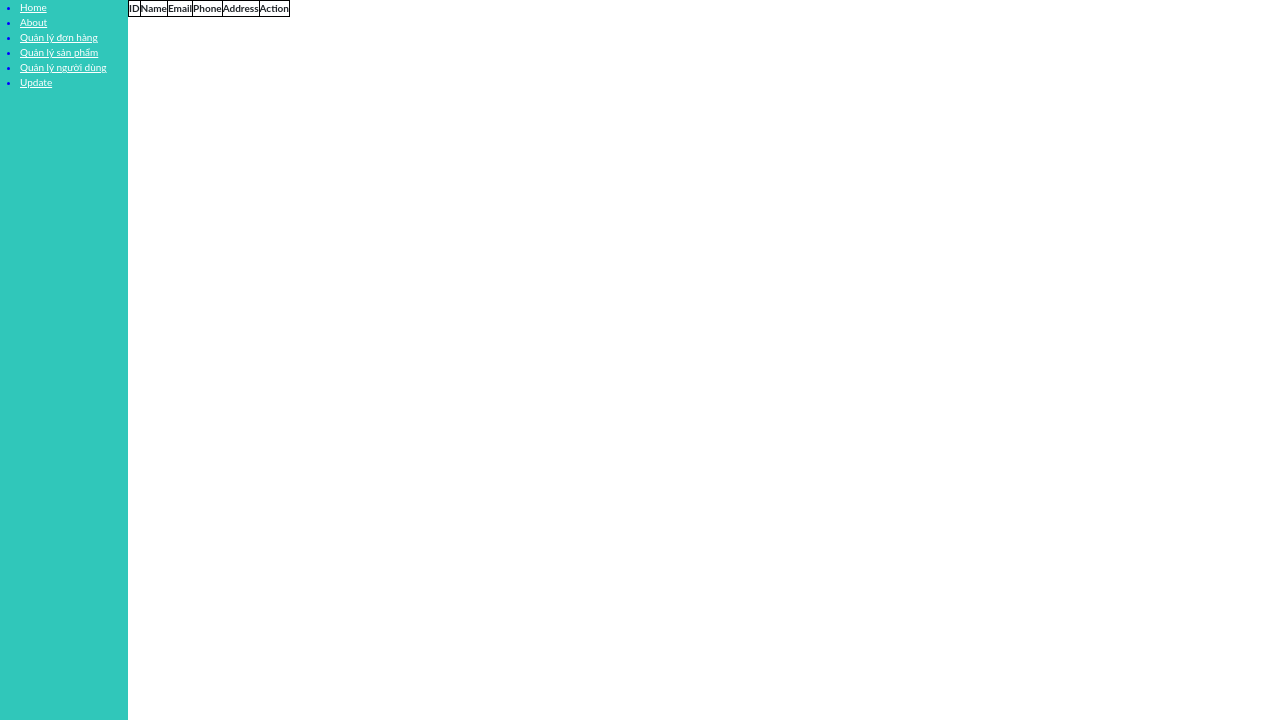
Repository: Hothidani/React
Page: /User (app in exa/my-react-router-A/)
The author's editor kept a copy of each file at every save. The page is drawn from the files as they stood at one save, then again after the next save.
The browser window is 1280 px wide. The pictures show the whole page.
The page's requests for data from a server got no answer. The project was rebuilt for these pictures with package versions that can differ from the ones it lists, and the page was loaded fresh each time. No one was signed in, and anything a server would have sent is missing. Also part of the build but not shown: exa/my-react-router-A/src/component/Navigation.js, exa/my-react-router-A/src/component/Home.js, exa/my-react-router-A/src/component/About.js, exa/my-react-router-A/src/component/Service.js, exa/my-react-router-A/src/component/Contact.js, exa/my-react-router-A/src/component/AllProduct.js, exa/my-react-router-A/src/component/Add.js, exa/my-react-router-A/src/component/QlOder.js.

Above is the page before, as saved 2021-05-11 17:10:46.

After the next save:
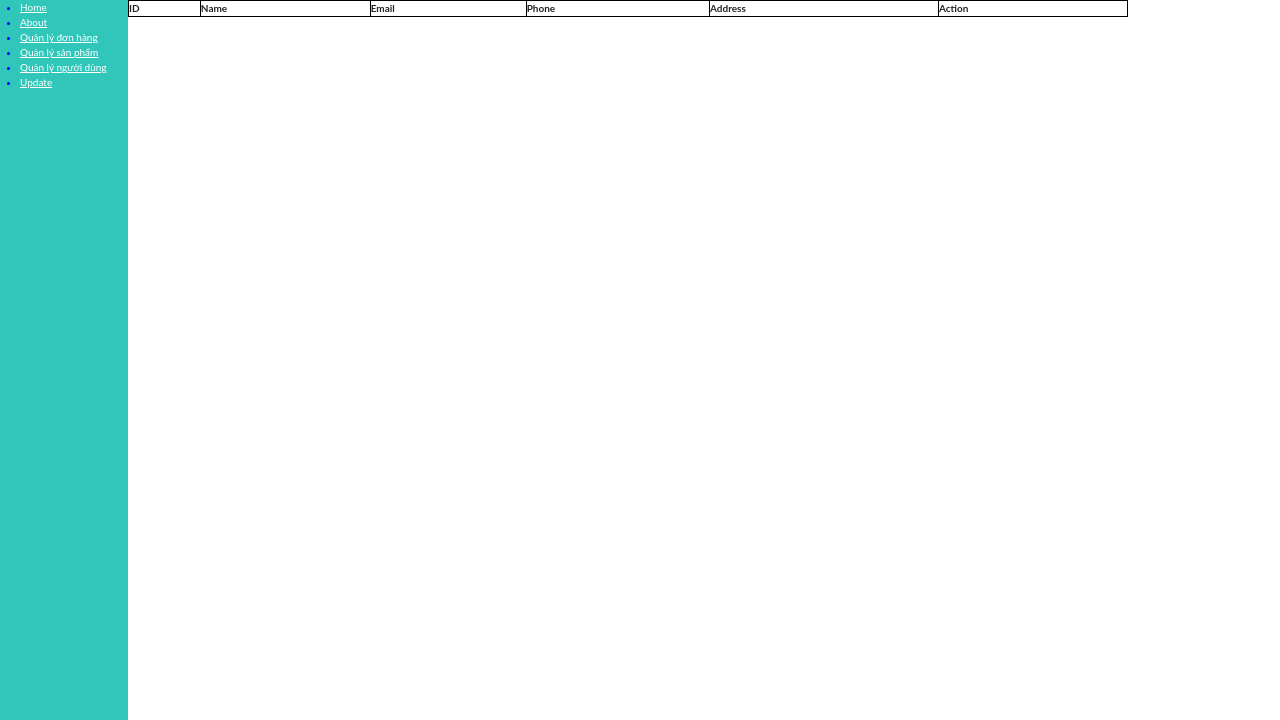
Saved 51 s later.
--- a/exa/my-react-router-A/src/QLuser.css
+++ b/exa/my-react-router-A/src/QLuser.css
@@ -8,5 +8,5 @@
     border-collapse: collapse;
   }
   .content{
-    width: 100%;
+    width: 1000px;
   }

After the save that followed:
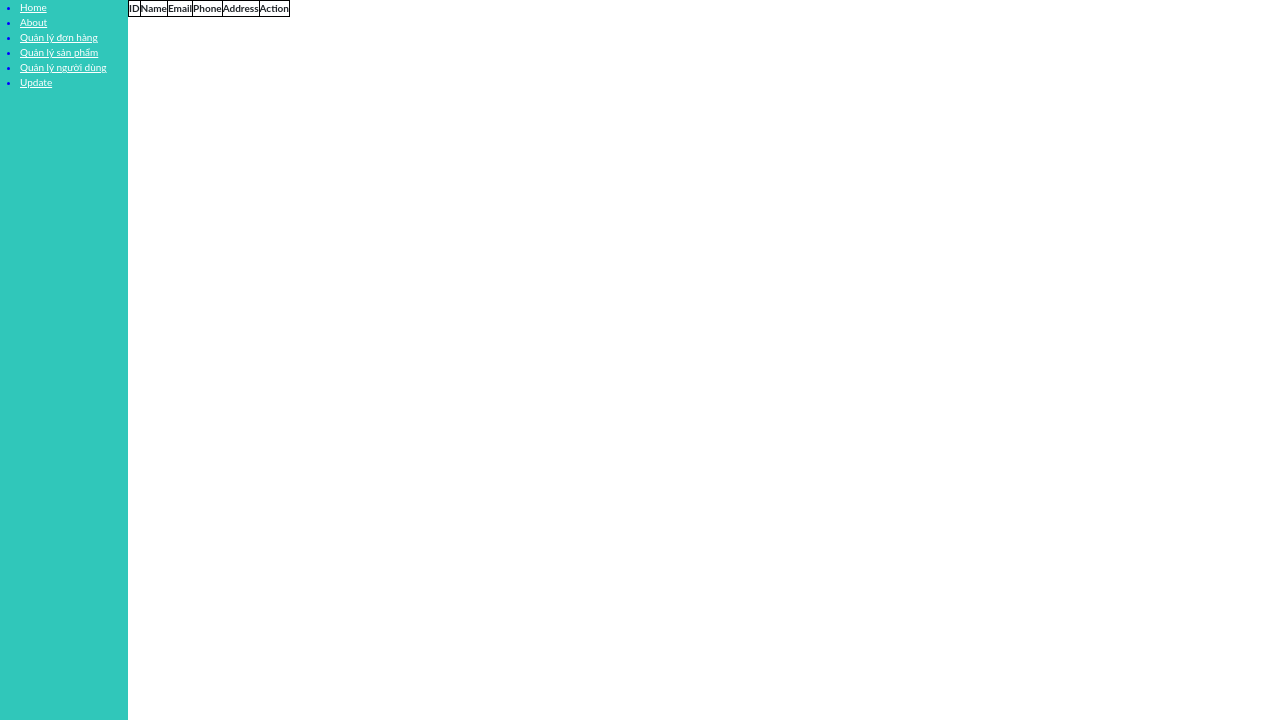
Saved 84 s later.
--- a/exa/my-react-router-A/src/QLuser.css
+++ b/exa/my-react-router-A/src/QLuser.css
@@ -7,6 +7,3 @@
       border: 1px solid black;
     border-collapse: collapse;
   }
-  .content{
-    width: 1000px;
-  }
